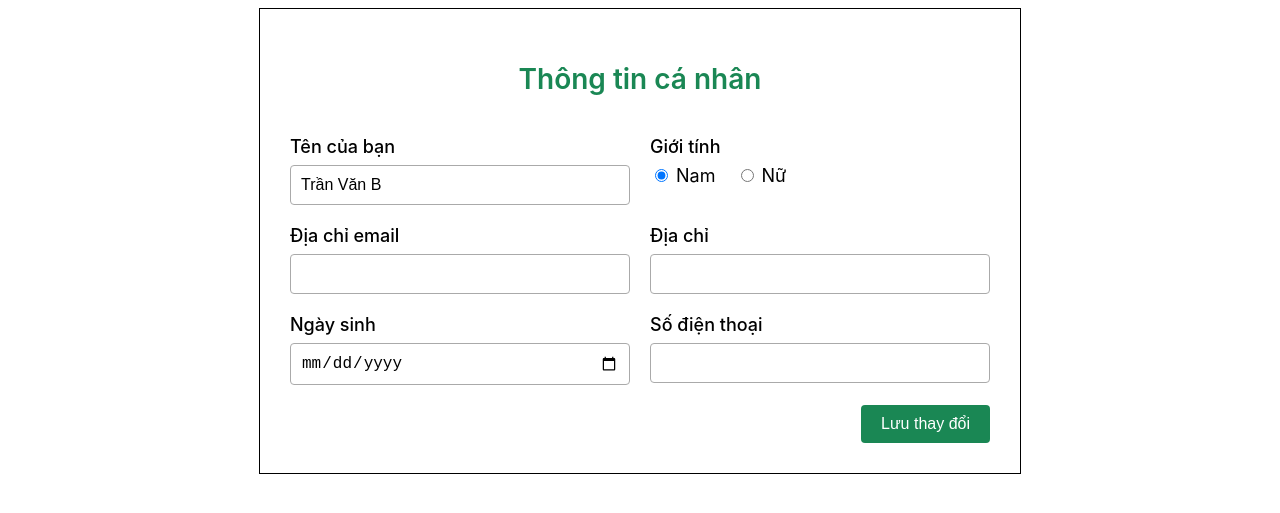
Repository: LearningSan/qlnxBE
Page: Loginservlet/src/main/webapp/Taikhoan/taikhoan.html
The author's editor kept a copy of each file at every save. The page is drawn from the files as they stood at one save, then again after the next save.
The browser window is 1280 px wide. The pictures show the whole page.
The page's requests for data from a server got no answer.

Above is the page before, as saved 2025-05-13 14:23:48.

After the next save:
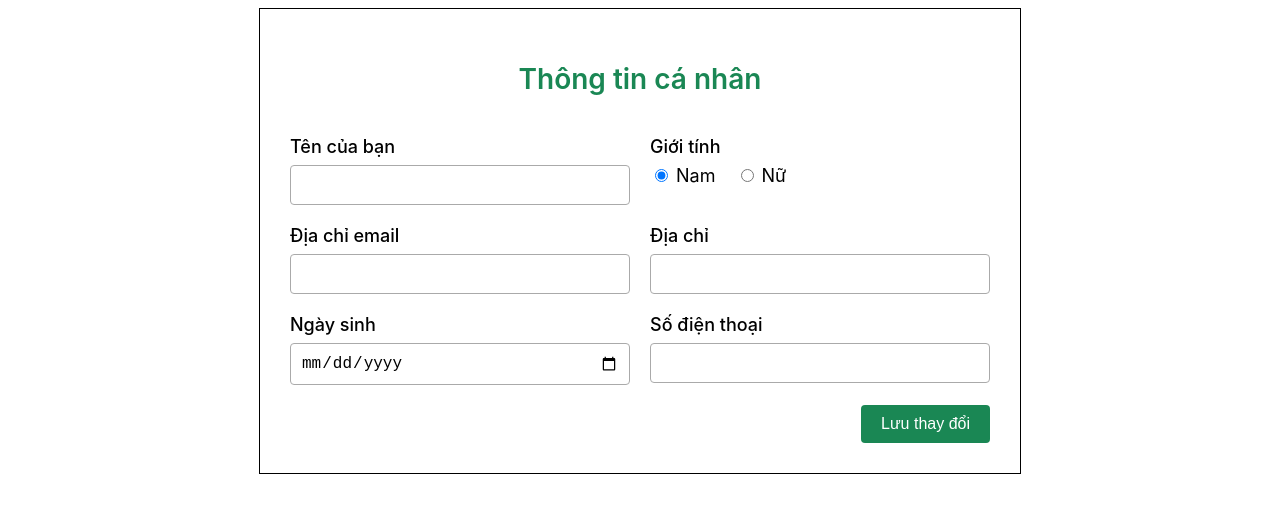
Saved 4 min 17 s later.
--- a/Loginservlet/src/main/webapp/Taikhoan/taikhoan.html
+++ b/Loginservlet/src/main/webapp/Taikhoan/taikhoan.html
@@ -16,7 +16,7 @@
 			<div class="form-grid">
 				<div class="form-group">
 					<label for="fullname">Tên của bạn</label> <input type="text"
-						id="fullname" name="fullname" value="Trần Văn B" required>
+						id="fullname" name="fullname"  required>
 				</div>
 
 				<div class="form-group">
@@ -55,7 +55,7 @@
 
 	<script>
   window.addEventListener("DOMContentLoaded", function () {
-    fetch("/accountinfo")
+    fetch("/Loginservlet/accountinfo")
       .then(res => res.json())
       .then(data => {
         if (data.error) {
